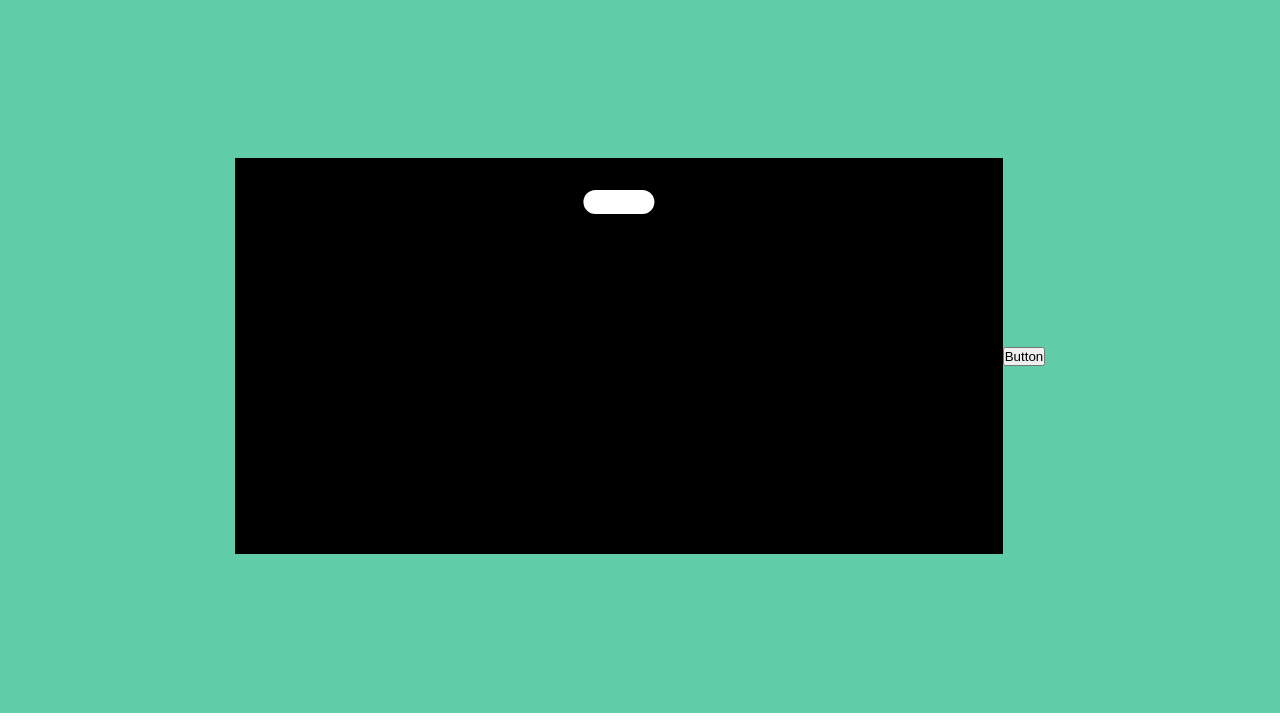
Repository: gitveerak/git-message-chat
Page: demo/demo1.html
An editor plug-in stored every save of this project. The page is shown before and after the next save, followed by the edit.
The browser window is 1280 px wide. The pictures show the whole page.
After loading, the first visible `button` was clicked once.

Above is the page before, as saved 2025-04-20 18:28:57.

### demo/demo1.html
<!DOCTYPE html>
<html lang="en">
<head>
    <meta charset="UTF-8">
    <meta name="viewport" content="width=device-width, initial-scale=1.0">
    <title>Demo Page</title>
    <style>
        *{
            padding: 0;
            margin: 0;
            box-sizing: border-box;
        }
        .wrap{
            height: 99vh;
            width: 100vw;
            background-color: rgb(97, 204, 168);
            display: flex;
            justify-content: center;
            align-items: center;
        }
        .wrap_inner{
            background-color: black;
            width: 60vw;
            height: 55vh;
            position: relative;
        }
        .img_icon{
            display: none;
            vertical-align: bottom;
        }
        .icon{
            position: absolute;
            top: 2em;
            left: 50%;
            transform: translateX(-50%);
            z-index: 99;
            animation: img_icon 1s ease forwards;
        }
        .icon_bar{
            display: none;
            animation: icon_bar 1s ease forwards;
            position: absolute;
            top: 2em;
            left: 50%;
            transform: translateX(-50%);
            height: 1.5em;
            border-radius: 5em;
            background-color: white;
        }

        @keyframes img_icon {
            0%{
                width: 1.5em;
                opacity: 1;
            }
            100%{
                width: 1.2em;
                opacity: 0;
            }
        }
        @keyframes icon_bar{
            0%{
                width: 3vw;
            }
            100%{
                width: 30vw;
            }
        }
    </style>
</head>
<body>
    <div class="wrap">
        <div class="wrap_inner">
            <div class="img_icon">
                <img class="icon" src="home.png" alt="home_png">
                <div class="icon_bar">
                </div>
            </div>
        </div>
        <button type="button" onclick="btn()">Button</button>
    </div>
    <script>
        const img_icon = document.querySelector('.img_icon');
        const icon_bar = document.querySelector('.icon_bar');
        function btn() {
            img_icon.style.display='block';
            setInterval(() => {
                icon_bar.style.display='block';
            }, 1500);
            setTimeout(() => {
                icon_bar.style.display='none';
                img_icon.style.display='none';
            }, 6000);
        }
    </script>
</body>
</html>

After the next save:
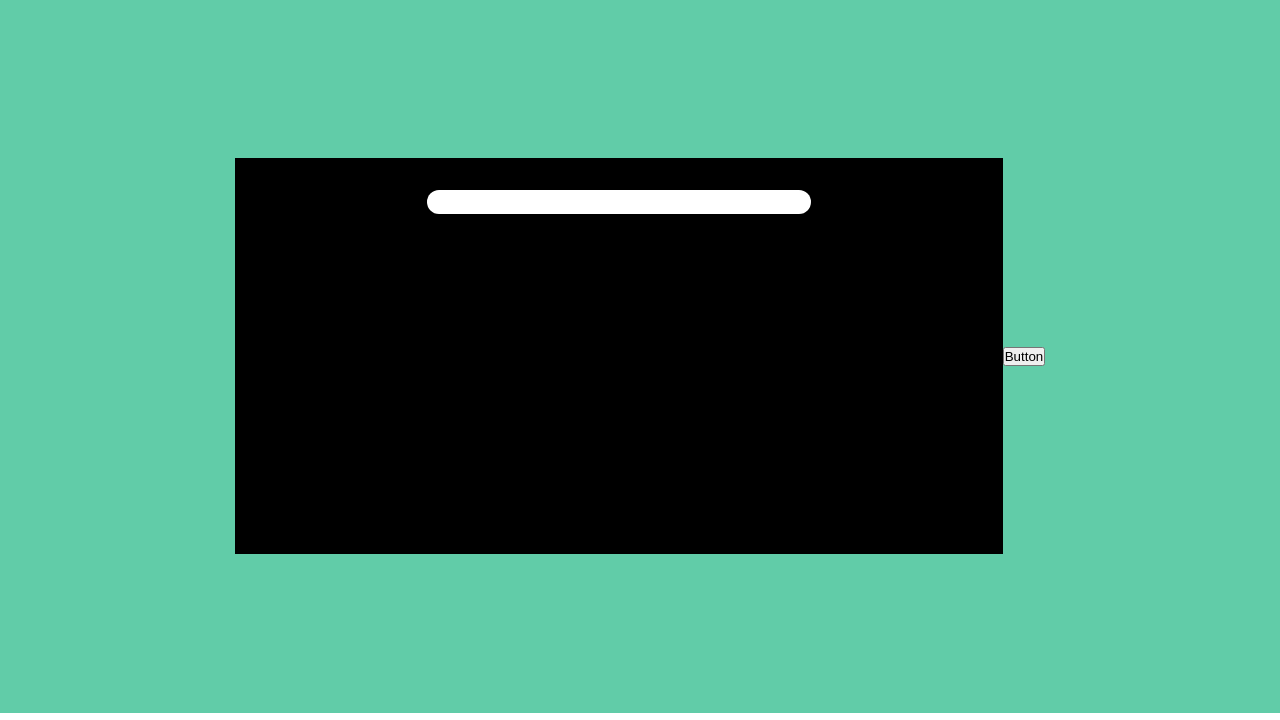
Saved 19 s later.
--- a/demo/demo1.html
+++ b/demo/demo1.html
@@ -86,7 +86,7 @@
             img_icon.style.display='block';
             setInterval(() => {
                 icon_bar.style.display='block';
-            }, 1500);
+            }, 500);
             setTimeout(() => {
                 icon_bar.style.display='none';
                 img_icon.style.display='none';
